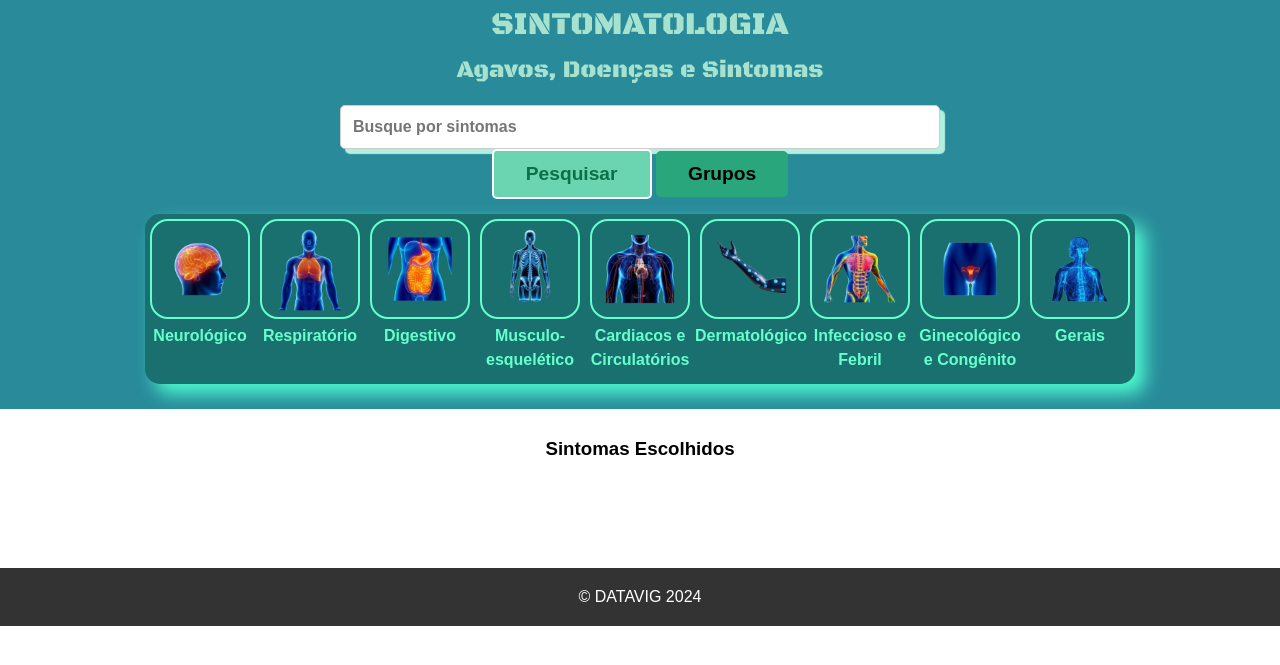
Repository: br-on/vigia
Page: index.html
These files come from the project's save history. The page is drawn as it stood at one moment and after the next save; the edit follows.
The browser window is 1280 px wide. The pictures show the whole page.
The pointer rests on the first visible `.search button`.
Some web fonts or font styles are not loaded; a fallback is used.

Above is the page before, as saved 2024-09-19 16:12:11.

After the next save:
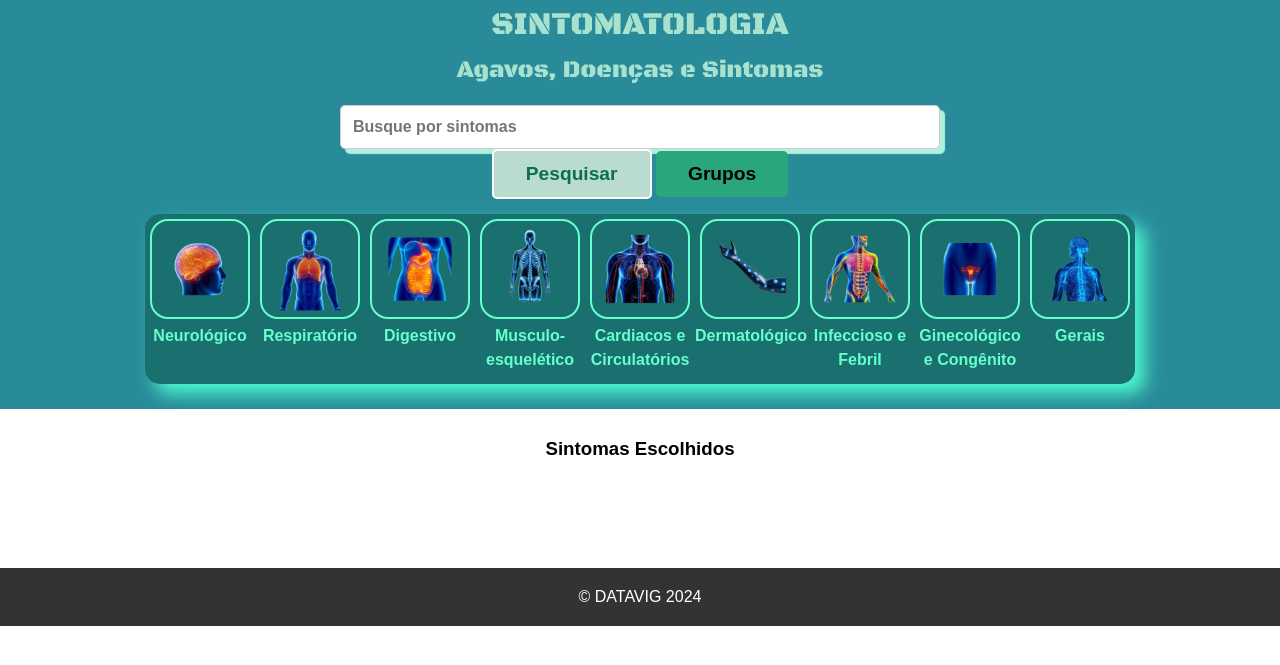
Saved 5 s later.
--- a/assets/style/style.css
+++ b/assets/style/style.css
@@ -74,7 +74,7 @@ h1, h2 {
 
 .search button:hover {
 
-    background-color: #6bd4b1;
+    background-color: #badbd0;
     color: rgb(12, 112, 72);
     border: solid 2px white;
 }
